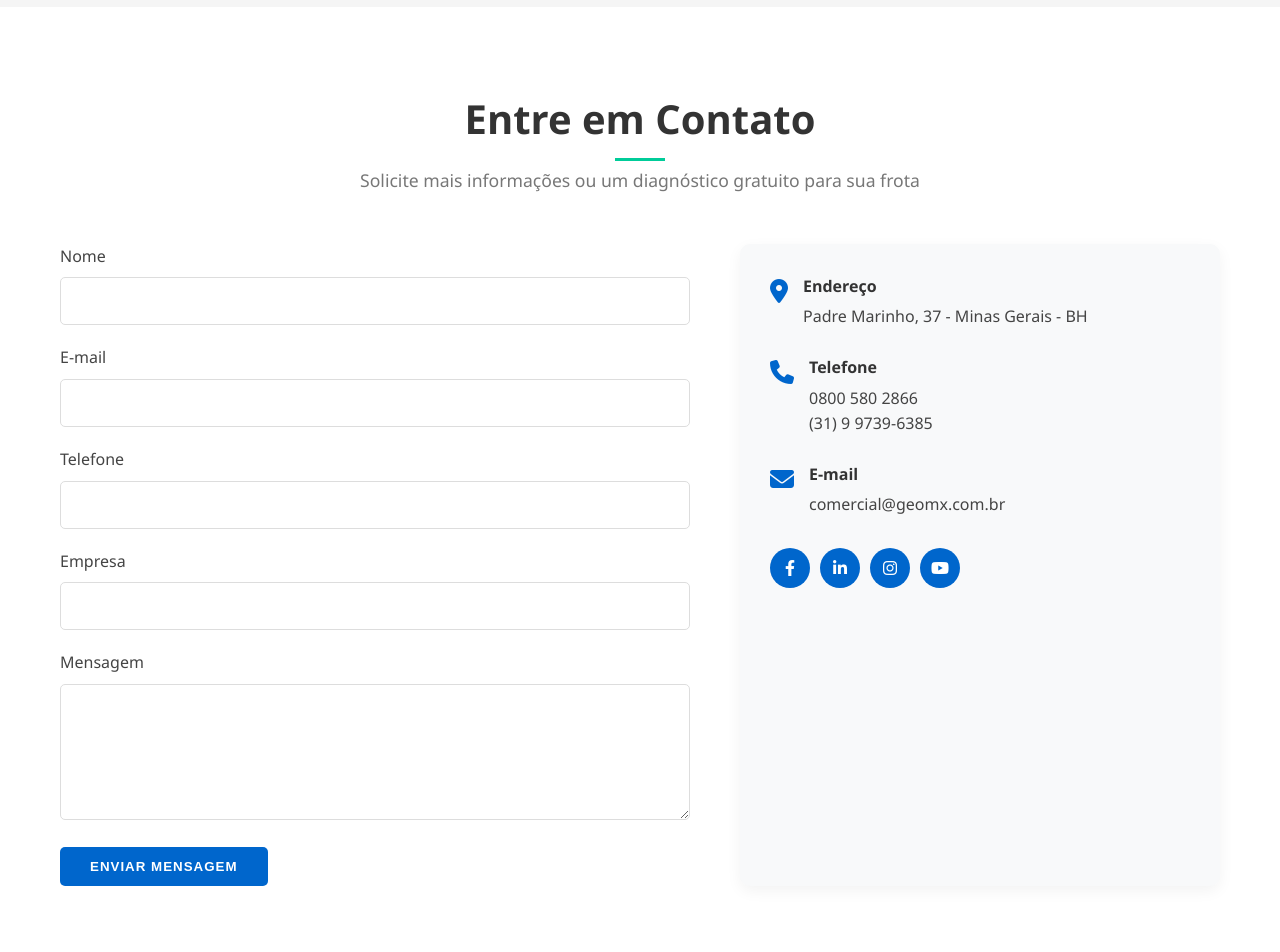
Repository: rocha1579/geomx
Page: camera-corporal.html
The author's editor kept a copy of each file at every save. The page is drawn from the files as they stood at one save, then again after the next save.
The browser window is 1280 px wide. The pictures show the part of the page from y = 2423 to 3375 px (the page is 3747 px tall before and 3591 px after).
Pictures or frames that could not be fetched are drawn as grey boxes. Backgrounds fixed to the window are drawn as part of the page.

Above is the page before, as saved 2025-05-05 11:49:57.
Console error: TypeError: Cannot read properties of null (reading 'style')

### camera-corporal.html
<!DOCTYPE html>
<html lang="pt-br">
<head>
    <meta charset="UTF-8">
    <meta name="viewport" content="width=device-width, initial-scale=1.0">
    <title>GeoFrotas - GeoMX</title>
    <link rel="stylesheet" href="styles-dark-mode.css">
    <script src="dark-mode.js" defer></script>
    <link rel="stylesheet" href="styles.css">
    <link rel="stylesheet" href="https://cdnjs.cloudflare.com/ajax/libs/font-awesome/6.4.0/css/all.min.css">
</head>
<body>
    <header>
        <div class="container">
            <div class="logo">
                <img src="images/logo geomx.png" alt="GeoMX Logo">
            </div>
            <nav>
                <div class="menu-toggle">
                    <i class="fas fa-bars"></i>
                </div>
                <ul class="menu">
                    <li><a href="index.html#inicio"><i class="fas fa-home fa-fw"></i></a></li>
                    <li><a href="index.html#sobre">Sobre</a></li>
                    <li><a href="index.html#servicos">Serviços</a></li>
                    <li><a href="index.html#solucoes">Soluções</a></li>
                    <li><a href="telemetria.html">Telemetria</a></li>
                    <li><a href="index.html#clientes"><i class="fas fa-users fa-fw"></i> Clientes</a></li>
                    <li><a href="https://sis.segminas.com.br/?Login" target="_blank" class="btn-acesso"><i class="fas fa-sign-in-alt fa-fw"></i> Acesso</a></li>
                    <li><a href="index.html#contato" class="btn-contato"><i class="fas fa-envelope fa-fw"></i> Contato</a></li>
                </ul>
            </nav>
        </div>
    </header>

    <section class="hero-telemetria">
        <div class="container">
            <h1>GeoFrotas</h1>
            <p class="lead">Inteligência em gestão de frotas para economia e performance operacional</p>
            <a href="#contato" class="btn-primary">Solicite uma Demonstração</a>
        </div>
    </section>

    <section class="telemetria-section">
        <div class="container">
            <div class="section-header">
                <h2>Gestão Inteligente de Frotas</h2>
                <p>Transforme dados em resultados concretos para sua operação</p>
            </div>

            <!-- Imagem estática substituindo o carrossel -->
            <div class="static-image-container">
                <img src="images/ChatGPT Image 3 de mai. de 2025, 17_46_17.png" alt="Painel de gestão de frotas GeoFrotas" class="feature-image">
                <div class="image-caption">

                </div>
            </div>

            <div class="section-header">
                <h2>Benefícios GeoFrotas</h2>
                <p>Solução completa para eficiência operacional, segurança e redução de custos</p>
            </div>

            <div class="telemetria-cards">
                <div class="telemetria-card">
                    <div class="telemetria-icon">
                        <i class="fas fa-tachometer-alt"></i>
                    </div>
                    <h3>Monitoramento de Condução</h3>
                    <p>Identifica acelerações bruscas, frenagens agressivas e uso inadequado</p>
                </div>

                <div class="telemetria-card">
                    <div class="telemetria-icon">
                        <i class="fas fa-gas-pump"></i>
                    </div>
                    <h3>Otimização de Combustível</h3>
                    <p>Redução de consumo e identificação de desperdícios</p>
                </div>

                <div class="telemetria-card">
                    <div class="telemetria-icon">
                        <i class="fas fa-tools"></i>
                    </div>
                    <h3>Manutenção Preventiva</h3>
                    <p>Alertas para manutenções antes que ocorram quebras</p>
                </div>

                <div class="telemetria-card">
                    <div class="telemetria-icon">
                        <i class="fas fa-chart-line"></i>
                    </div>
                    <h3>Relatórios de Performance</h3>
                    <p>Dados precisos para gestão econômica e sustentável</p>
                </div>

                <div class="telemetria-card">
                    <div class="telemetria-icon">
                        <i class="fas fa-user-graduate"></i>
                    </div>
                    <h3>Treinamento Direcionado</h3>
                    <p>Melhoria contínua do estilo de condução dos motoristas</p>
                </div>

                <div class="telemetria-card">
                    <div class="telemetria-icon">
                        <i class="fas fa-shield-alt"></i>
                    </div>
                    <h3>Redução de Riscos</h3>
                    <p>Minimização de acidentes e comportamentos perigosos</p>
                </div>
            </div>
        </div>
    </section>

    <section id="contato" class="contato">
        <div class="container">
            <div class="section-header">
                <h2>Entre em Contato</h2>
                <p>Solicite mais informações ou um diagnóstico gratuito para sua frota</p>
            </div>
            <div class="contato-content">
                <div class="contato-form">
                    <form id="formulario-contato" action="https://formsubmit.co/flavio@geomx.com.br" method="POST">
                        <input type="hidden" name="_cc" value="gabriel@geomx.com.br,comercial2@geomx.com.br,jessica@geomx.com.br">
                        <input type="hidden" name="_subject" value="Novo contato do site - GeoFrotas">
                        <input type="hidden" name="_next" value="https://geomx.com.br/obrigado.html">
                        <input type="hidden" name="_template" value="table">

                        <div class="form-group">
                            <label for="nome">Nome</label>
                            <input type="text" id="nome" name="nome" required>
                        </div>
                        <div class="form-group">
                            <label for="email">E-mail</label>
                            <input type="email" id="email" name="email" required>
                        </div>
                        <div class="form-group">
                            <label for="telefone">Telefone</label>
                            <input type="tel" id="telefone" name="telefone">
                        </div>
                        <div class="form-group">
                            <label for="empresa">Empresa</label>
                            <input type="text" id="empresa" name="empresa">
                        </div>
                        <div class="form-group">
                            <label for="mensagem">Mensagem</label>
                            <textarea id="mensagem" name="mensagem" rows="5" required></textarea>
                        </div>
                        <button type="submit" class="btn-primary">Enviar Mensagem</button>
                    </form>
                </div>
                <div class="contato-info">
                    <div class="info-item">
                        <i class="fas fa-map-marker-alt"></i>
                        <div>
                            <h4>Endereço</h4>
                            <p>Padre Marinho, 37 - Minas Gerais - BH</p>
                        </div>
                    </div>
                    <div class="info-item">
                        <i class="fas fa-phone"></i>
                        <div>
                            <h4>Telefone</h4>
                            <p>0800 580 2866<br>(31) 9 9739-6385</p>
                        </div>
                    </div>
                    <div class="info-item">
                        <i class="fas fa-envelope"></i>
                        <div>
                            <h4>E-mail</h4>
                            <p>comercial@geomx.com.br</p>
                        </div>
                    </div>
                    <div class="social-media">
                        <a href="https://www.facebook.com/geomxbrasil" class="social-icon" target="_blank"><i class="fab fa-facebook-f"></i></a>
                        <a href="https://www.linkedin.com/company/geomx" class="social-icon" target="_blank"><i class="fab fa-linkedin-in"></i></a>
                        <a href="https://www.instagram.com/geomx_brasil/" class="social-icon" target="_blank"><i class="fab fa-instagram"></i></a>
                        <a href="https://www.youtube.com/channel/UC2VQmLmBy8NQ2N8LnCI59Cg" class="social-icon" target="_blank"><i class="fab fa-youtube"></i></a>
                    </div>
                </div>
            </div>
        </div>
    </section>

    <footer>
        <div class="container">
            <div class="footer-content">
                <div class="footer-logo">
                    <img src="images/logo geomx.png" alt="GeoMX Logo">
                    <p>Transformando dados geográficos em soluções estratégicas</p>
                </div>
                <div class="footer-links">
                    <div class="footer-column">
                        <h4>Empresa</h4>
                        <ul>
                            <li><a href="index.html#sobre">Sobre Nós</a></li>
                            <li><a href="index.html#clientes">Clientes</a></li>
                            <li><a href="#">Carreiras</a></li>
                            <li><a href="#">Blog</a></li>
                        </ul>
                    </div>
                    <div class="footer-column">
                        <h4>Serviços</h4>
                        <ul>
                            <li><a href="telemetria.html">Telemetria Veicular</a></li>
                            <li><a href="geofrotas.html">GeoFrotas</a></li>
                            <li><a href="sensor-fadiga.html">Sensor de Fadiga</a></li>
                            <li><a href="geobus.html">GeoBus</a></li>
                        </ul>
                    </div>
                    <div class="footer-column">
                        <h4>Suporte</h4>
                        <ul>
                            <li><a href="index.html#contato">Contato</a></li>
                            <li><a href="#">FAQ</a></li>
                            <li><a href="#">Documentação</a></li>
                            <li><a href="#">Política de Privacidade</a></li>
                        </ul>
                    </div>
                </div>
            </div>

            <div class="footer-bottom">
                <p>&copy; 2023 GeoMX. Todos os direitos reservados.</p>
            </div>
        </div>
    </footer>

    <a href="https://wa.me/31997396385" class="whatsapp-button" target="_blank">
        <i class="fab fa-whatsapp"></i>
    </a>

    <script src="script.js"></script>
</body>
</html>

Loaded but not shown: script.js (209 lines, source omitted); styles.css (1999 lines, source omitted); styles-dark-mode.css (no stored copy; drawn as an empty file); dark-mode.js (no stored copy; drawn as an empty file)

After the next save:
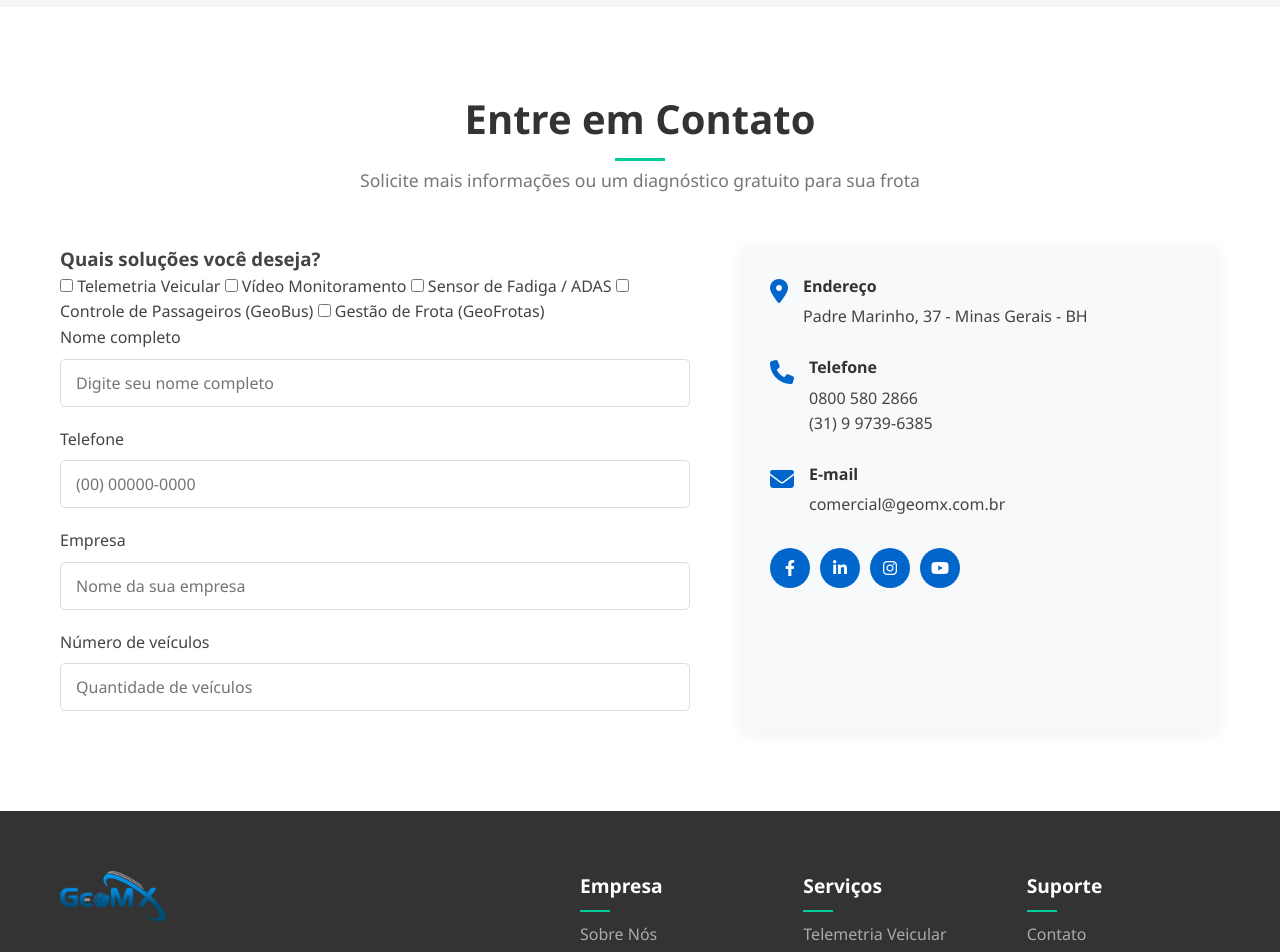
Saved 52 s later.
--- a/camera-corporal.html
+++ b/camera-corporal.html
@@ -121,34 +121,66 @@
             </div>
             <div class="contato-content">
                 <div class="contato-form">
-                    <form id="formulario-contato" action="https://formsubmit.co/flavio@geomx.com.br" method="POST">
-                        <input type="hidden" name="_cc" value="gabriel@geomx.com.br,comercial2@geomx.com.br,jessica@geomx.com.br">
-                        <input type="hidden" name="_subject" value="Novo contato do site - GeoFrotas">
+                    <form action="https://formsubmit.co/gabrielalvessr@gmail.com" method="POST">
+                        <!-- Configurações ocultas -->
+                        <input type="hidden" name="_captcha" value="false">
                         <input type="hidden" name="_next" value="https://geomx.com.br/obrigado.html">
                         <input type="hidden" name="_template" value="table">
-
-                        <div class="form-group">
-                            <label for="nome">Nome</label>
-                            <input type="text" id="nome" name="nome" required>
-                        </div>
-                        <div class="form-group">
-                            <label for="email">E-mail</label>
-                            <input type="email" id="email" name="email" required>
-                        </div>
-                        <div class="form-group">
-                            <label for="telefone">Telefone</label>
-                            <input type="tel" id="telefone" name="telefone">
-                        </div>
-                        <div class="form-group">
-                            <label for="empresa">Empresa</label>
-                            <input type="text" id="empresa" name="empresa">
-                        </div>
-                        <div class="form-group">
-                            <label for="mensagem">Mensagem</label>
-                            <textarea id="mensagem" name="mensagem" rows="5" required></textarea>
-                        </div>
-                        <button type="submit" class="btn-primary">Enviar Mensagem</button>
-                    </form>
+                        <input type="hidden" name="_subject" value="Solicitação de Cotação - Site GeoMX">
+
+                        <!-- Programas de Interesse -->
+                        <div class="form-container">
+                            <h3>Quais soluções você deseja?</h3>
+                            <div class="checkbox-group">
+                                <label class="checkbox-container">
+                                    <input type="checkbox" name="solucoes" value="Telemetria Veicular">
+                                    <span class="checkmark"></span>
+                                    Telemetria Veicular
+                                </label>
+                                <label class="checkbox-container">
+                                    <input type="checkbox" name="solucoes" value="Vídeo Monitoramento">
+                                    <span class="checkmark"></span>
+                                    Vídeo Monitoramento
+                                </label>
+                                <label class="checkbox-container">
+                                    <input type="checkbox" name="solucoes" value="Sensor de Fadiga / ADAS">
+                                    <span class="checkmark"></span>
+                                    Sensor de Fadiga / ADAS
+                                </label>
+                                <label class="checkbox-container">
+                                    <input type="checkbox" name="solucoes" value="Controle de Passageiros (GeoBus)">
+                                    <span class="checkmark"></span>
+                                    Controle de Passageiros (GeoBus)
+                                </label>
+                                <label class="checkbox-container">
+                                    <input type="checkbox" name="solucoes" value="Gestão de Frota (GeoFrotas)">
+                                    <span class="checkmark"></span>
+                                    Gestão de Frota (GeoFrotas)
+                                </label>
+                            </div>
+
+                            <div class="form-fields">
+                                <div class="form-group">
+                                    <label for="nome">Nome completo</label>
+                                    <input type="text" id="nome" name="nome" required placeholder="Digite seu nome completo">
+                                </div>
+
+                                <div class="form-group">
+                                    <label for="telefone">Telefone</label>
+                                    <input type="tel" id="telefone" name="telefone" required placeholder="(00) 00000-0000">
+                                </div>
+
+                                <div class="form-group">
+                                    <label for="empresa">Empresa</label>
+                                    <input type="text" id="empresa" name="empresa" placeholder="Nome da sua empresa">
+                                </div>
+
+                                <div class="form-group">
+                                    <label for="veiculos">Número de veículos</label>
+                                    <input type="number" id="veiculos" name="veiculos" placeholder="Quantidade de veículos">
+                                </div>
+                            </div>
+                        </div>
                 </div>
                 <div class="contato-info">
                     <div class="info-item">
